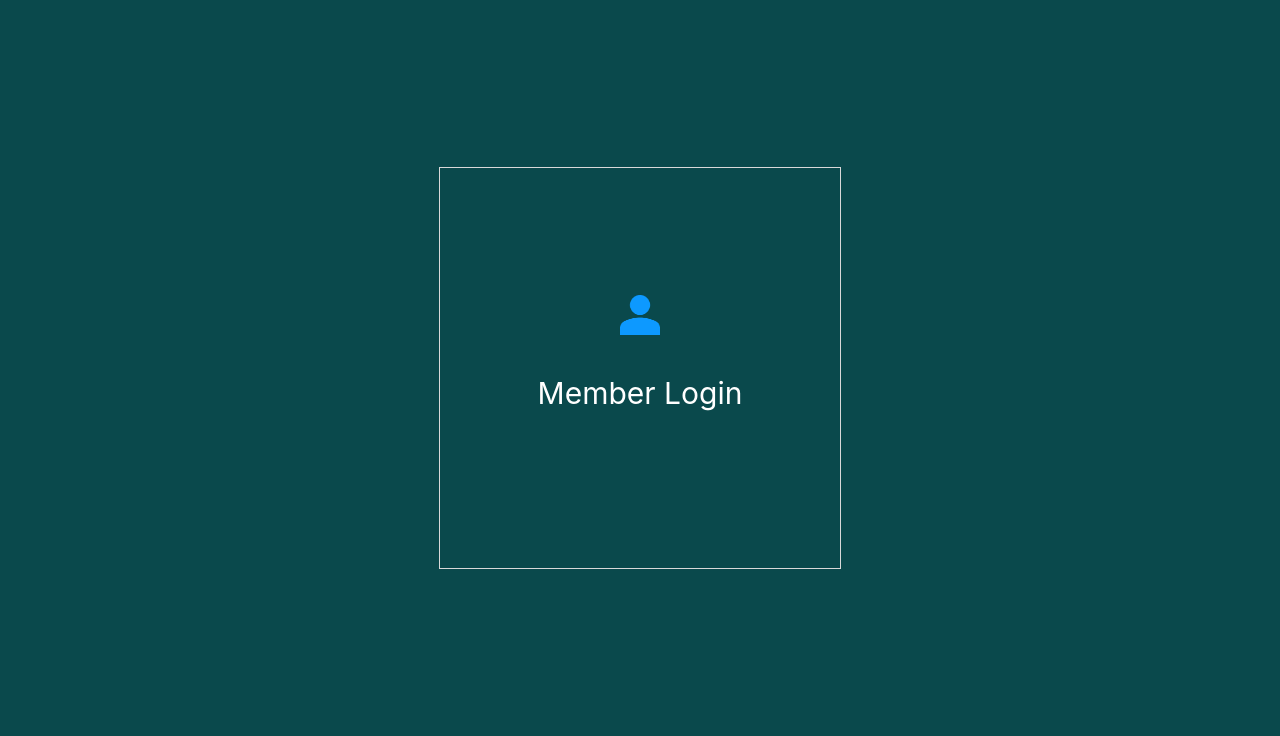
Repository: sheddy1/peter1
Page: work2.html
The author's editor kept a copy of each file at every save. The page is drawn from the files as they stood at one save, then again after the next save.
The browser window is 1280 px wide. The pictures show the whole page.

Above is the page before, as saved 2025-11-08 15:37:21.

After the next save:
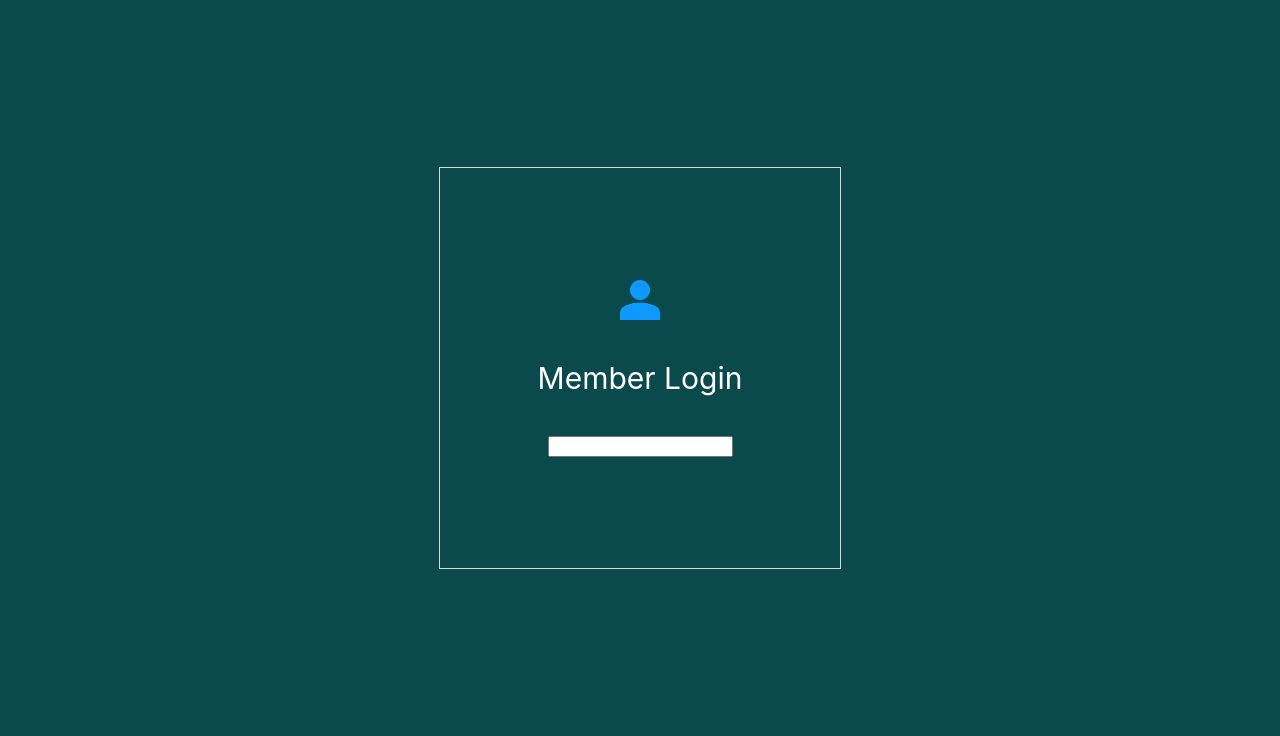
Saved 36 s later.
--- a/work2.html
+++ b/work2.html
@@ -14,6 +14,8 @@
         <img src="Vector.png" alt="" class="vector">
 
         <p class="mem">Member Login</p>
+
+        <input type="text" class="">
     </div>
 </body>
 </html>
